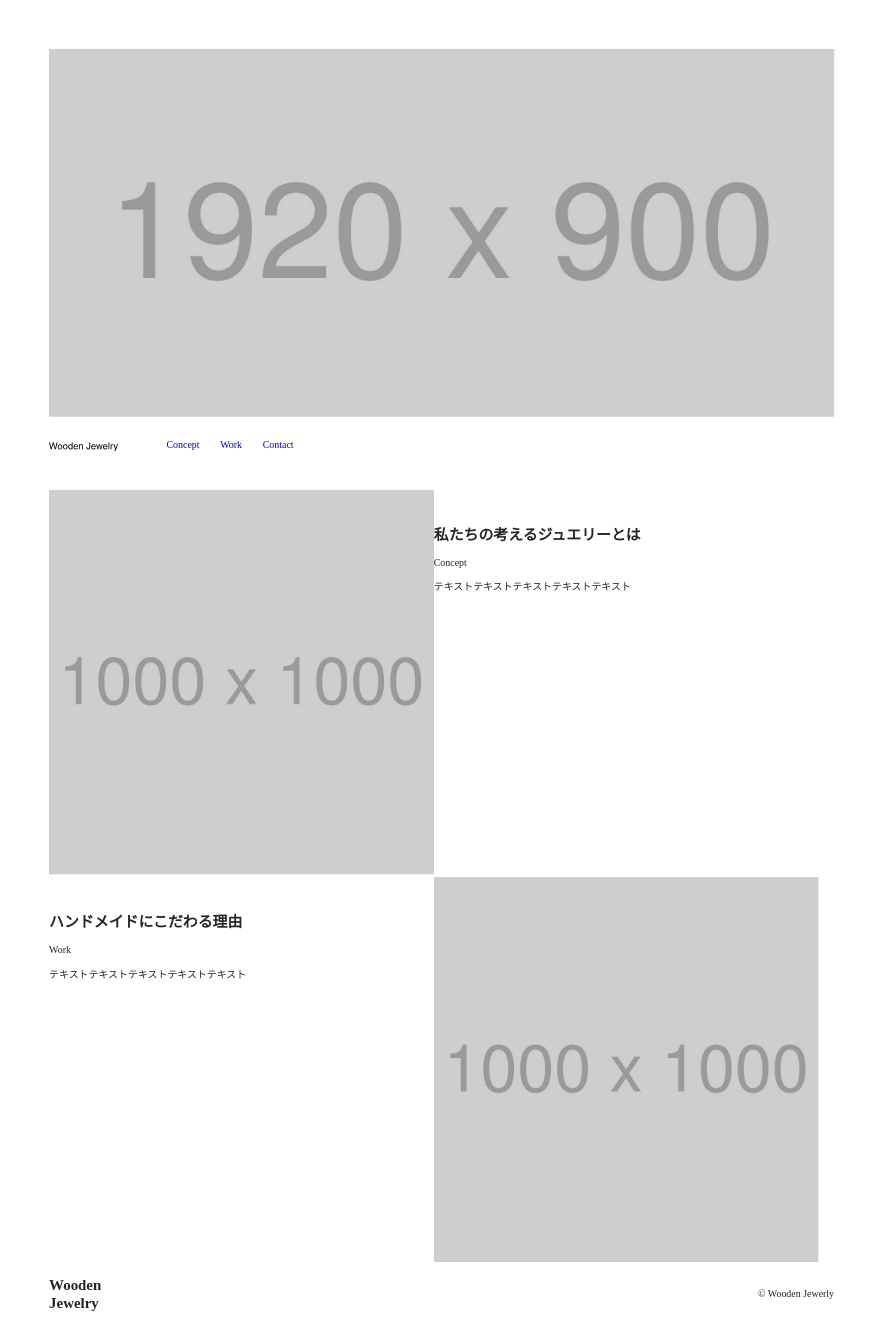
Repository: Fuki-san/jewelry
Page: http://localhost/jewelry
These files come from the project's save history. The page is drawn as it stood at one moment and after a run of saves; the edit follows.
The browser window is 1280 px wide. The pictures show the whole page, at 69% of full size.
The page is served by the project's Laravel application, run on PHP 8.4 with Laravel 10.

Above is the page before, as saved 2023-11-26 14:03:35.

After the next 4 saves:
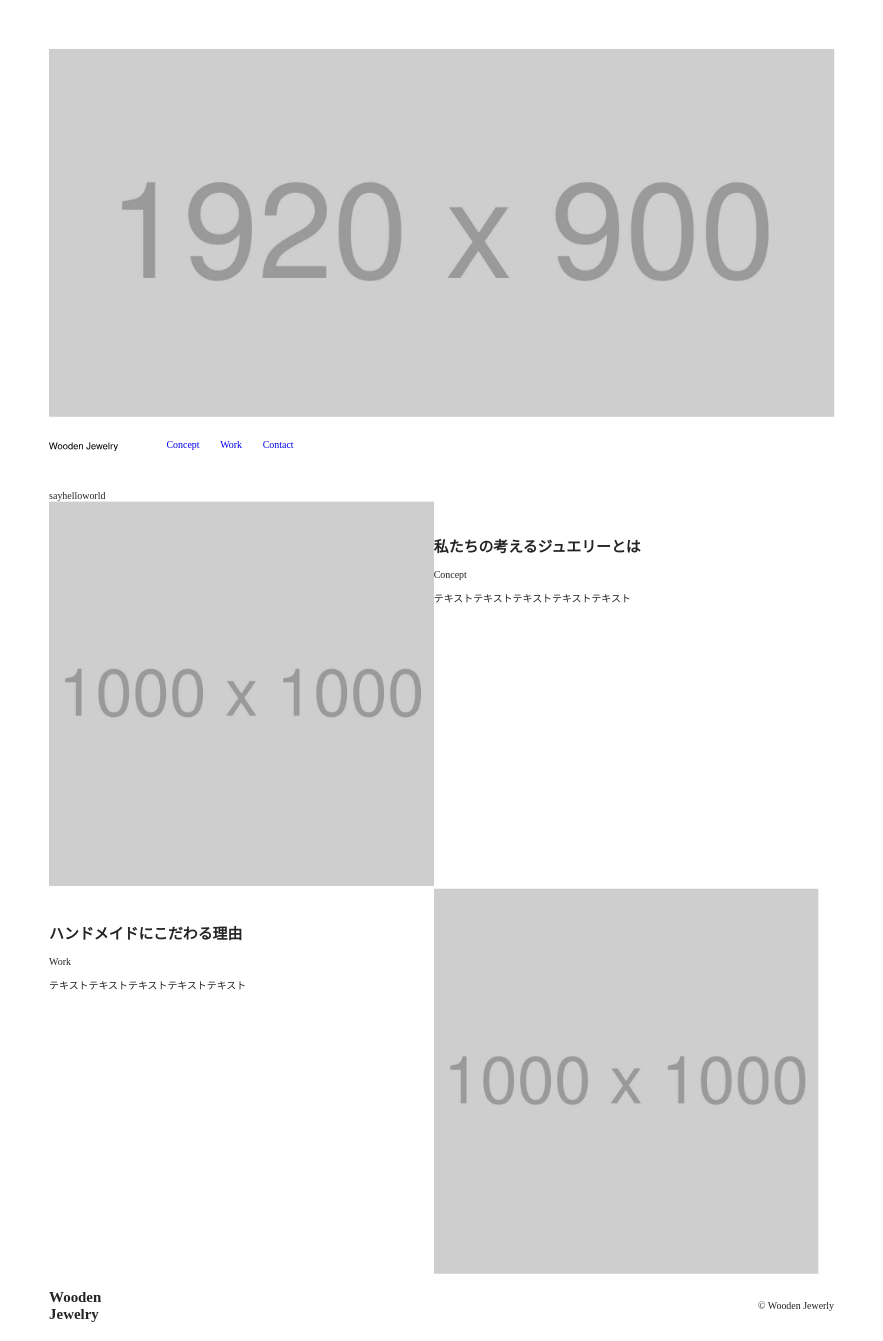
The 4 saves are shown as one change because they came seconds apart.
The last was saved 8 min 1 s later.
--- a/resources/views/jewelry.blade.php
+++ b/resources/views/jewelry.blade.php
@@ -19,7 +19,7 @@
 
     <div class="container">
         <main>
-
+            sayhelloworld
 
             <section id="concept" class="content">
                 <div class="img">

After the 2 saves that followed:
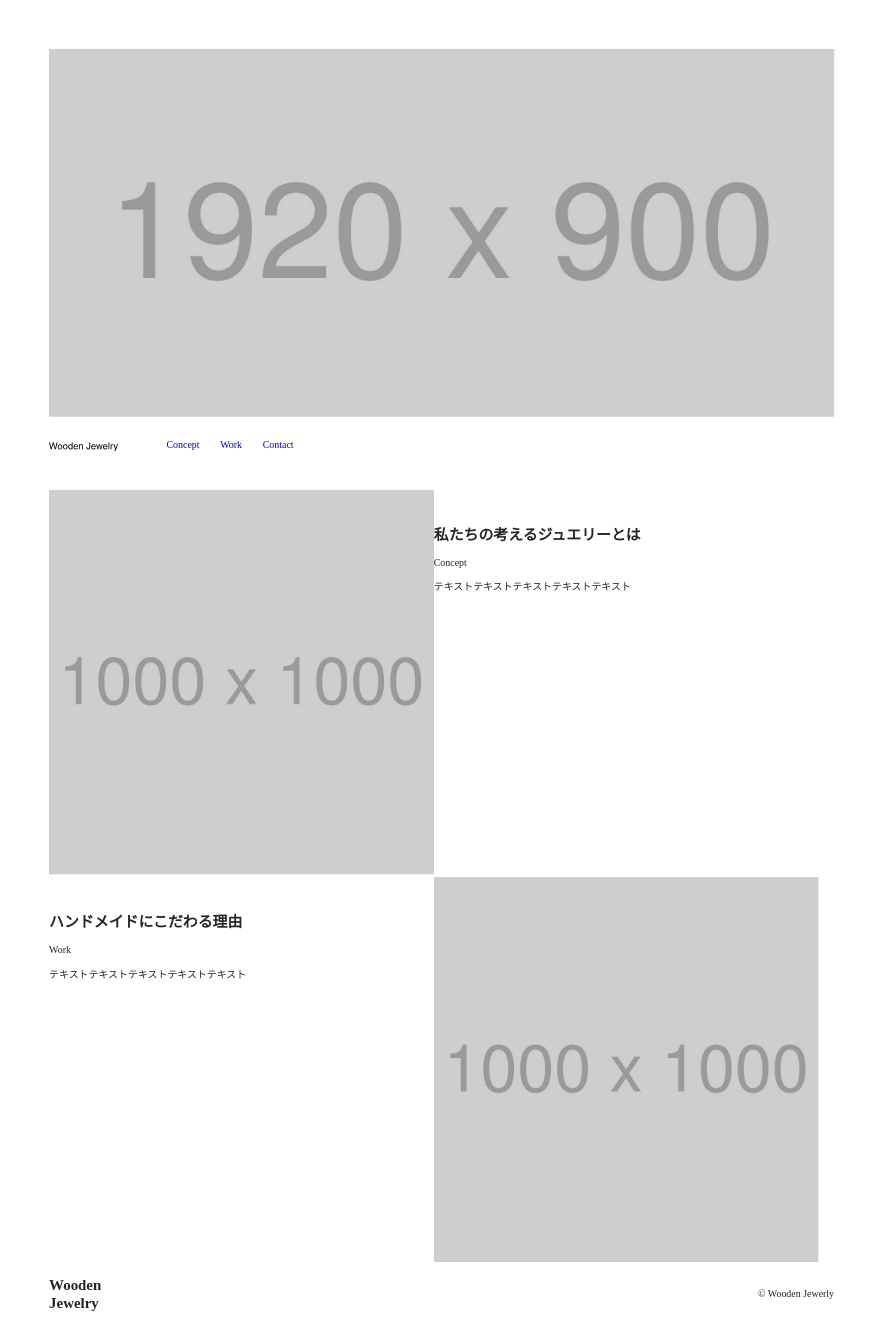
The 2 saves are shown as one change because they came seconds apart.
The last was saved 14 s later.
--- a/resources/views/jewelry.blade.php
+++ b/resources/views/jewelry.blade.php
@@ -19,8 +19,6 @@
 
     <div class="container">
         <main>
-            sayhelloworld
-
             <section id="concept" class="content">
                 <div class="img">
                     <img src="img/concept.jpg">
